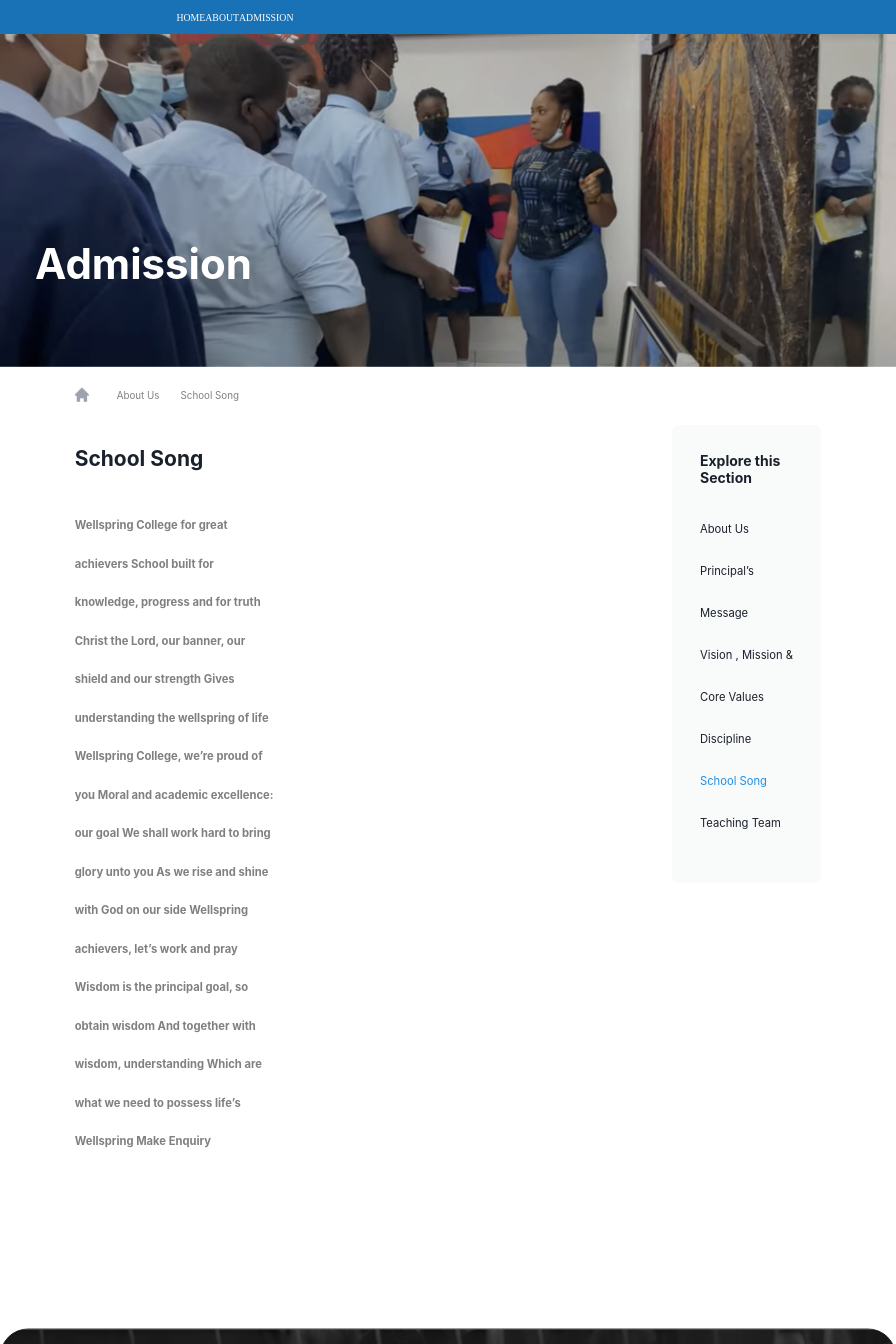
Repository: gr8skills/wellspring-school-forked
Page: /admission
An editor plug-in stored every save of this project. The page is shown before and after the next save, followed by the edit.
The browser window is 1280 px wide. The pictures show the part of the page from y = 0 to 1920 px (the page is 2784 px tall), at 70% of full size.
The project was rebuilt for these pictures with package versions that can differ from the ones it lists, and the page was loaded fresh each time. Also part of the build but not shown: src/components/Navbar/Dropdown.scss, src/components/Navbar/Dropdown.js, src/components/Testimonials/Testimonials.js, src/components/Calendar/Calendar.js, src/components/News/News.js, src/components/WhyWellspring/_why-wellspring.scss, src/components/WhyWellspring/WhyWellspring.js, src/components/AppTab/AppTab.js and 9 more.

Above is the page before, as saved 2022-12-06 17:30:15.

### src/index.css
body {
  /* margin: 0;
  font-family: -apple-system, BlinkMacSystemFont, 'Segoe UI', 'Roboto', 'Oxygen',
    'Ubuntu', 'Cantarell', 'Fira Sans', 'Droid Sans', 'Helvetica Neue',
    sans-serif;
  -webkit-font-smoothing: antialiased;
  -moz-osx-font-smoothing: grayscale; */
}

/* code {
  font-family: source-code-pro, Menlo, Monaco, Consolas, 'Courier New',
    monospace;
} */

### src/App.css
body{
}

.App {
  text-align: center;
    background-color:black;

}

.App-logo {
  height: 40vmin;
  pointer-events: none;
}

@media (prefers-reduced-motion: no-preference) {
  .App-logo {
    animation: App-logo-spin infinite 20s linear;
  }
}


@keyframes App-logo-spin {
  from {
    transform: rotate(0deg);
  }
  to {
    transform: rotate(360deg);
  }
}

### src/pages/Admission/Admission.js
import Banner from "../../assets/admission.png";
import Home from "../../assets/home.png";
import VideoIcon from "../../assets/vid.png";

import Dot from "../../assets/yellow.png";
import { Heading } from "@chakra-ui/react";
import { Link } from "react-router-dom";

import "./_admission.scss";
import { StayConnected } from "../../components/StayConnected/StayConnected";
export const Admission = () => {
  return (
    <>
      <div className="col-md-12 holder">
        <img className="col-md-12 imgCaro" src={Banner} alt="Scholar" />
        <div className="overlay">

          <Heading size="3xl">Admission</Heading>
        </div>
      </div>
      <div className="flexy breadcrumb">
        <div className="col-md-1">&nbsp;</div>
        <a href="#">
          <img className="col-md-12 home-icon" src={Home} alt="Scholar" />
        </a>
        <p>About Us</p>
        <p>School Song</p>
      </div>
      <div className="col-md-12 flexy school-song">
        <div className="col-md-1">&nbsp;</div>
        <div className="page-body col-md-8 ">
          <div className="col-md-4">
            <Heading size="lg" mb="50px" mt="30px">
              School Song
            </Heading>
            <p style={{ lineHeight: "55px" }}>
              Wellspring College for great achievers School built for knowledge,
              progress and for truth Christ the Lord, our banner, our shield and
              our strength Gives understanding the wellspring of life Wellspring
              College, we’re proud of you Moral and academic excellence: our
              goal We shall work hard to bring glory unto you As we rise and
              shine with God on our side Wellspring achievers, let’s work and
              pray Wisdom is the principal goal, so obtain wisdom And together
              with wisdom, understanding Which are what we need to possess
              life’s Wellspring Make Enquiry
            </p>
          </div>
        </div>
        <div className="col-md-2 side-menu">
          <Heading size="md" mb="30px">
            Explore this Section
          </Heading>

          <ul className="list-unstyled">
            <li>
              <Link to={"/about-us"}>About Us</Link>
            </li>
            <li>
              <Link to={"/proprietor-message"}> Principal’s Message</Link>
            </li>
            <li>
              <Link to={"/vision"}>Vision , Mission & Core Values</Link>
            </li>
            <li>
              <Link to={"/discipline"}>Discipline</Link>
            </li>{" "}
            <li className="active">
              <Link to={"/school-song"}>School Song</Link>
            </li>{" "}
            <li>
              <Link to={"/teaching-team"}>Teaching Team</Link>
            </li>
          </ul>
        </div>
      </div>

      <StayConnected />
    </>
  );
};

### src/components/Navbar/NavBar.module.css


.navCont{
    position: relative;
    /* display: flex; */
    width:25%;
    /* justify-content: space-between; */
    /* margin: 0 auto; */
    /* max-height: 5rem; */
    padding-left:220px;

}

.nav-links{
    font-size:10px !important;
}


.imgCont{
    position: relative;
}

/* .imgContent{
    position: absolute;
    z-index: 1;
    height: 6vw;

} */

/* .btnPortal{
    background-color: #4CA14900;
    color: #fff;
    height: 2.5rem;
    width: 7rem;
    font-size: 18px;
    border-radius: 5px;
    position: relative;
    outline: 0;
    border: 0;
    transition: 1.5s scale linear;
} */

/* .btnPortal:focus{
    outline: 0;
    border: 0;
} */

/* .btnPortal:hover{
    transform: scale(1.02);
    background-color: #4CA149CF;
} */

/* .fIcon{
    width: 30px;
    height: 30px;
    padding: 5px 5px;
    transform: translate(-6px, -1px);
} */

/* @media screen and (max-width: 960px) {
    .navCont{
        position: relative;
        display: flex;
        width: 100%;
        justify-content: space-between;
        margin: 0 auto;
        max-height: 5rem;

    }

    .imgContent{
        position: absolute;
        z-index: 1;
        height: 16vw;

    }

}


 */

### src/components/Navbar/_navbar.scss
@import "../../variables";





.navContainer{
    background:$themecolor;
    min-height: 3rem;
    position: fixed;
    z-index: 1;
    right: 0;
    width: 100%;
    top: 0;
    @media screen and (max-width:620px){
        display:none;
    }
}


.nav-list{
    display: flex;
    max-width: 70%;
    width: 70%;
    justify-content: space-between;
    list-style: none;
    color: #fff;
    font-family: monserat;
    transform: translateY(54%);
    margin: 0 !important;
}

.nav-list li{
    line-height: 25px;
    text-align: center;
    margin: 0;
    font-size: 14px;

}

/* .nav-list li a{
    color: #fff;
} */


.nav-item {
    height: auto;
    justify-content: center;
    display: flex;
}

.menu-icon{
    display: none;
}




.nav-links {
    color: #fff;
    display: flex;
    align-items: center;
    text-decoration: none;
    height: 100%;
    transition: all 0.2s ease-out;

}

.nav-links:hover {
    background-color: #fff;
    text-decoration: none;
    // padding:5px;
    color:$themecolor;
}


@media screen and (max-width: 600px) {
    .ph{
        display: none;
    }

@media screen and (max-width: 960px) {
    .nav-list{
        display: none;
    }
}

    .menu-icon{
        display: block;
    }

    .nav-list{
        display: flex;
        flex-direction: column;
        position: absolute;
        height: 42rem;
        width: 100%;
        max-width: 100% !important;
        top: 48px;
        transform: translateY(4%);
        /* z-index: 999; */
        opacity: 1;
        right: -100%;
        transition: all .5s linear;
    background-color: #4CA149;

    }
.mainMenu li a{
    line-height:20px !important;

}
    .nav-list.active{
        transition: all 0.3s ease-out;
        visibility: visible;
        transition: all .5s linear;
        right: 0;
        /* z-index: 1; */
    }

    .nav-list.active li {
        font-size: 4vw;
        position: relative;
        margin: 30px 0;
    }


    .fa-times{
        position: relative;
        float: right;
        width: 100%;
    }

    .fa-times, .fa-bars{
        font-size: 40px;
        color: #feed00;
        transition: all 1.5ms linear;
        transform: translate(-29px, 17px);

    }
.nav-links{
    display:none;
}
}




@media screen and (min-width: 960px) {
    .wrapper{
        display:none;
    }
}



/*for sidenav*/




.ph:hover{
    background-color:rgb(255, 165, 0) !important;
    opacity:1 !important
}
.wrapper{
    position: absolute;
    top: 50%;
    left: 50%;
    transform: translate(-50%, -50%);

}
.mainMenu{
    width: 250px;
    display: block;
    border-radius: 10px;
    overflow: hidden;
}
.mainMenu a{
  font-size:20px !important;
  font-weight:bold !important;
      font-family: monserat;
      /* margin-bottom:-20px; */
}
.item{
    border-top: 1px solid orange;
    overflow: hidden;
margin: top 0;
line-height: 20px !important;
}
.btn{
    display: block;
    padding: 15px 20px;
    color: #fff;
    position: relative;
    padding-left:5px !important;
    /* text-align:left !important; */

}
.btn:before{
    content: '';
    position: absolute;
    width: 0;
    height: 0;
    border-left: 8px solid transparent;
    border-right:8px solid transparent;
    /* border-top:10px solid rgba(0,128,0,0.9); */
    right: 15px;
    bottom: -10px;
    z-index: 9;

}
.btn i {
    margin-right: 7px;
    margin-left: -5px;
    font-size: 13px;
}
.subMenu{
    /* background:#A3DA8D !important; */
      overflow: hidden;
        /* background:rgba(78,161,73, 0.1)!important; */
        background:rgba(178,161,173, 0.1)!important;

    transition: max-height 0.7s;
max-height: 0;
z-index:300000000 !important;
position:relative !important;

}
.subMenu a{
    display: block;
    /* padding: 5px 10px !important; */
    color: #fff !important;
    font-size: 14px !important;
    border-bottom: 1px solid #394c7f;
    position: relative;
    margin-top:5px !important;


}
.subMenu a:before{
    content: '';
    opacity: 0;
    transition: opacity 0.3s;

}
.subMenu a:hover:before{
    content: '';
    position: absolute;
    height: 0;
    width: 6px;
    left: 0;
    top:0;
    opacity: 1;
    /* background-color: #d8d824; */
    border-top: 24px solid transparent;
    border-left: 11px solid #ffffff;
    border-bottom: 24px solid transparent;
}
.subMenu a:after{
    content: '';
    opacity: 0;
    transition: opacity 0.3s;

}
.subMenu a:hover:after{
    content: '';
    position: absolute;
    height: 0;
    width: 6px;
    right: 0px;
    top:0;
    opacity: 1;
    /* background-color: #d8d824; */
    border-top: 24px solid transparent;
    border-right: 11px solid #ffffff;
    border-bottom: 24px solid transparent;
}
.subMenu a:hover{
   background-color:orange;
    transition: all 0.3s;
    border-bottom: 2px solid #394c7f;
}
.subMenu a:last-child{
    border:none;
}
.item:target .subMenu{
    max-height: 300px;
        /* transition: max-height 0.7s !important; */

}

.login{
  background-color:#ED2f59;
  padding:5px 14px 5px 14px !important;
  border-radius:5px;
margin-right:55px;
margin-left:30px;
font-family: 'Poppins', sans-serif;

  }



.portal{
  background-color:rgb(221, 156, 35);
  /* padding:7px; */
  width:120px;
  margin-left:50px;
  border-radius:5px;
 padding:7px !important;
 font-size:5px !important;
 color:white !important;
    /* padding-bottom:6px !important; */
  margin-top:20px !important;
   font-size:11px !important;
      text-decoration: none;

  }

  .portal a{

  }

### src/components/Footer/_footer.scss
@import "../../shared-styles";
@import "../../variables";



.footer-container{
    padding:50px;
    height:fit-content;
    background-color:#F5F5F6;
    ul li{
        margin:20px;
    }
    .footer-contacts{
        img{width:30px; margin-right:20px}
        h1{margin-top:20px;
        font-size:15px;}
    }
    .footer-links{
        p{margin-top:30px;
        font-size:14px;
    color:grey;
font-weight:bold;
margin-bottom:20px;}
    }
    ol li{
       width:33px;
       img{
        width:25px !important;
        margin-top:20px;
       }
    }
    .educare{
        margin-top:20px;
        p{font-size:12px;
        color:grey;
    margin-top:10px;
margin-right:5px;}
            img{width:100px;}

    }
}

### src/pages/AboutUs/_about-us.scss
@import "../../shared-styles";
@import "../../variables";


.holder2 {
  position: relative;
  img{border-radius: 10px;}
    // background-image: url("../../assets/orange-arrow2.png");
  // background-repeat: no-repeat;
  // background-size: 60px;
  // background-position: 50% 50%;
  // position: relative;
  // z-index:10000000;
  // display:none;

}

/* Make the image to responsive */
.image {
  display: block;
  width: 100%;
  height: auto;
}

/* The overlay effect - lays on top of the container and over the image */
.overlay2 {
  position: absolute;
 bottom:134px;
  color: #f1f1f1;
  width: 60%;
  opacity:1;
  color: white;
  font-size: 27px !important;
  // padding: 40px ;
  text-align:center !important;left:10%;
  @media screen and (max-width:620px){
    left:16%;
     font-size: 30px !important;
  }



}
@media screen and (max-width:620px){
  .link-imgs{
    padding:20px;
  }
  .holder2{
        margin-top:20px;

  }.holder-up{
        margin-top:-70px;

  }
}

### src/pages/ProprietorMessage/_message.scss
@import "../../shared-styles";
@import "../../variables";


.message{
  span{color:$themecolor2;}
  strong{font-size:20px;
  color:rgb(98, 97, 97);}
  .message-paragraph{margin-left: 30px; margin-top: 98px;
  @media screen and (max-width:620px){
    margin-left: 0px;
  }
  }
  img{border-radius:10px;}
}

### src/pages/Vision/_vision.scss
@import "../../shared-styles";
@import "../../variables";


.vision{
  img{
    height:10px;
    width:10px;
    margin:17px 10px;
  }
  ul li{
   line-height:45px;
  }
  ul{
    margin-right:50px;
       margin-bottom:40px;

  }
}

### src/pages/Discipline/_discipline.scss
@import "../../shared-styles";
@import "../../variables";


.discipline{
 p{margin-bottom:140px;}
}

### src/pages/SchoolSong/_school-song.scss
@import "../../shared-styles";
@import "../../variables";


.school-song{
 p{margin-bottom:140px;
line-height: 55px;}
}

### src/pages/TeachingTeam/_teaching-team.scss
@import "../../shared-styles";
@import "../../variables";


.school-song{
 p{margin-bottom:140px;
line-height: 55px;}
}

### src/pages/Admission/_admission.scss
@import "../../shared-styles";
@import "../../variables";


.school-song{
 p{margin-bottom:140px;
line-height: 55px;}
}

### src/_variables.scss
$themecolor:#1972B6;
$themecolor2:rgb(32,143,228);

### src/components/Testimonials/_testimonials.scss
@import "../../variables";
@import "../../shared-styles";




.testimonial{
    margin-top:100px;
    small{
font-weight:bold;}
.testimonial-massage{
 margin-top:80px;

    margin-left:60px;
    p{line-height:35px;
    margin-top:40px;
    }

}
strong{font-size:20px;
background-color:$themecolor2;
color:white;
padding:2px 7px;
margin-left: 10px;
border-radius:3px}
}
 .carousel {
    position: relative;
    z-index: 0;

}
.carousel-inner {
    position: relative;
    width: 100%;
    overflow: hidden;
          border-radius:20px !important;;

}

.carousel-indicators > button.active {
    opacity: 1;
    max-width: 14px !important;
    max-height:14px  !important;
    min-width: 14px !important;
    min-height:14px  !important;
    background-color: green !important;
    border-color: #fff !important;
    outline: none;
    border: none;
    border-radius: 7px !important;

}

.carousel-indicators button{
    max-width: 14px !important;
    max-height: 14px !important;
    min-width: 14px !important;
    min-height: 14px !important;
    margin: 3px 5px !important;
    border-radius: 7px !important;
    background-color: red!important;
    border: 1px solid #fff !important;
    transition: all .5s linear ;

}

.carousel-indicators button:focus{
        outline:0;
        border-color: #4287BD;
}
.carousel-indicators  {
    position: absolute;
    right: 0;
    bottom: 10px;
    left: 0;
    z-index: 15;
    display: flex;
    flex-direction: row;
    height: 100%;
    justify-content: center;
    padding-left: 0;
    margin-right: 0;
    margin-left: 1vw;
    list-style: none;
    outline: none;
    border: none;
}

.carousel-control-next {
 left: 9vw;
     transform: rotate(180deg);
    position: absolute;
    margin-top: 35% !important;
    justify-content: right !important;
    height: 10px;
    width: 18px !important;
    font-size: 50px;

}
.carousel-control-prev {
    left: 1.5vw;
    transform: rotate(180deg) !important;
    position: absolute;
    margin-top: 35% !important;
    justify-content: right !important;
    height: 10px;
    font-size: 50px;
    width: 20px !important;

}
.carousel-control-prev::after{
    content: url('../../assets/arrow-right.png');

    z-index: 10000000000;
    margin-right: 70px;
    width: 20px;
    height: 80px;
}
.carousel-control-next::after{
    content: url('../../assets/arrow-left.png');
    font-size: 54px;
    z-index: 1000000000000000000000000000;
    position:relative;
    right: 0 !important;
    width: 20px;
    height: 80px;

}

### src/_shared-styles.scss
@import "./variables";


@media screen and (max-width:620px){
    .flexyM{
        display:flex;
    }
    .side-menu{
        display:none !important;
    }
    .page-body{padding:20px;}
}
@media screen and (min-width:620px){
    .flexy{
        display:flex;
    }
    .spread{
        display:flex;
    }
}

.side-menu{
    height:fit-content;
    padding:40px;
    background-color:#F9FAFA;
    border-radius: 10px;
    ul li{
        line-height:60px;
       &:hover{
        color:$themecolor2 !important;
       }
    }
   .active{color:$themecolor2 !important;}
}



* {box-sizing: border-box}

/* Container needed to position the overlay. Adjust the width as needed */
.holder {
  position: relative;
  width: 100%;
}

/* Make the image to responsive */
.image {
  display: block;
  width: 100%;
  height: auto;
}

/* The overlay effect - lays on top of the container and over the image */
.overlay {
  position: absolute;
  bottom: 60px;

  color: #f1f1f1;
  width: 100%;
  opacity:1;
  color: white;
  font-size: 20px;
  padding: 50px;
  text-align:left;
}

.home-icon{
    height:20px;
    width:20px;
    margin-right:40px;
}
.breadcrumb{
margin-top:30px;
p{color:grey; font-size:14px; margin-right:30px}
}
.page-body{
  p{font-weight:700;
  color:grey;
line-height:35px}
}

### src/components/AppButton/_app-button.scss
@import "../../shared-styles";
@import "./overides";
@import "../../variables";

.app-button{
    background-color:$themecolor2;
    color:white;
    padding:10px 45px;
    font-weight:bold;
    border-radius:10px;
}

### src/components/Calendar/_calendar.scss
@import "../../shared-styles";
@import "../../variables";



.calendar-container{
            text-align:center;
border-right:solid 1px rgb(202, 200, 200);
    .calendar-box{
background-color:$themecolor2;
height:100px;
width:110px;
border-radius: 10px;
color:#fff;
    text-align: center;
    padding:10px 0;
margin-left:40px;
margin-bottom:30px;

    }
    p{
        color:grey;
        margin-top:20px;
    }
    .calendar-day{
        font-size:35px;
    }
    .calendar-description{
        font-size:20px;
        text-align:center;
    }
}

### src/components/News/_news.scss
@import "../../shared-styles";
@import "../../variables";
.news-container{
    .news-img{
     margin-bottom:40px;
     margin-top:40px;

    }
    img{
        width:100%;
        border-radius: 10px;


    }
    .news-description{
        margin-left:30px;
        h6{
            color:grey;margin-top:40px;
        }
        p{line-height: 35px;
        font-size:20px;
    }
    }
    .read-more-link{
        color:$themecolor;
        margin-top:50px;
    }
}

### src/components/AppTab/_app-tab.scss
@import "../../shared-styles";
@import "./overides";
@import "../../variables";

### src/components/Form/_form.scss
@import "../../shared-styles";
@import "../../variables";
@import "./overides";

### src/components/SearchBar/_search-bar.scss
.visually-hidden {
    clip: rect(0 0 0 0);
    clip-path: inset(50%);
    height: 1px;
    overflow: hidden;
    position: absolute;
    white-space: nowrap;
    width: 1px;
}

input{
    background-color: rgb(239, 243, 248) !important;
    padding:7px !important;
    margin-top:20px !important;border-radius: 5px !important;
}

### src/components/StayConnected/_stay-connected.scss

.connected{
    margin-top:100px;
 border:solid 1px black;
  background-image: url("../../assets/connected-bg.png");
  background-repeat: no-repeat;
  background-size: cover;
  padding: 40px 10px;
  color:white;
  border-radius:40px;
  // margin-right:30px;
  // margin-left:60px;
  text-align:center;
      .channel{
        background-color:white;
        color:black;
        padding:10px 20px;
        height:fit-content;
        border-radius: 15px;
        margin-top:40px;
      }
      img{width:70%;
    height:100%;
  border-radius:10px;
}
}

.socials{
    margin-top: 40px;
    padding-left: 40px;
    text-align:center !important;
    img{
        width:70px !important;
    }
    .linked{
        background-color:grey;
         width:100px !important;
        border-radius: 50%;
        padding:20px;
    }
}

### src/components/AppButton/_overides.scss
@import "../../variables";



.css-jut409{
    background-color:$themecolor;
    padding:100px !important;
}

### src/components/AppTab/_overides.scss
@import "../../variables";


.css-1uw5bnh{
//    box-shadow:0 0 10px 10px rgb(30,130,205);
   border:solid 10px rgb(30,130,205);
   border-radius:10px
}
.css-qycpmy{
    color:rgb(30,130,205);
    background:#fff;
    width:100%;
    border-right:solid 1px $themecolor2;
}

### src/components/Form/_overides.scss
.css-1kp110w{
    background-color:#fff !important;
    padding:30px !important;
    color:grey;
    margin-top:40px;
    border:none !important;
        box-shadow: 0 0 1px 1px #fff !important;

}

.css-1om0uuh {
      background-color:#fff !important;
    margin-top:40px;
    margin-bottom:20px;
    height:300px !important;
        box-shadow: 0 0 1px 1px #fff !important;

}

Loaded but not shown: public/index.html (common file); src/index.js (common file); src/reportWebVitals.js (common file); src/components/Navbar/Navbar.js (299 lines, source omitted); src/components/Footer/Footer.js (113 lines, source omitted); src/components/StayConnected/StayConnected.js (75 lines, source omitted); src/App.js (38 lines, source omitted); src/components/Navbar/MenuItems.js (31 lines, source omitted); src/components/SearchBar/SearchBar.js (15 lines, source omitted); src/components/AppButton/AppButton.js (9 lines, source omitted); src/pages/Home/_home.scss (321 lines, source omitted)

After the next save:
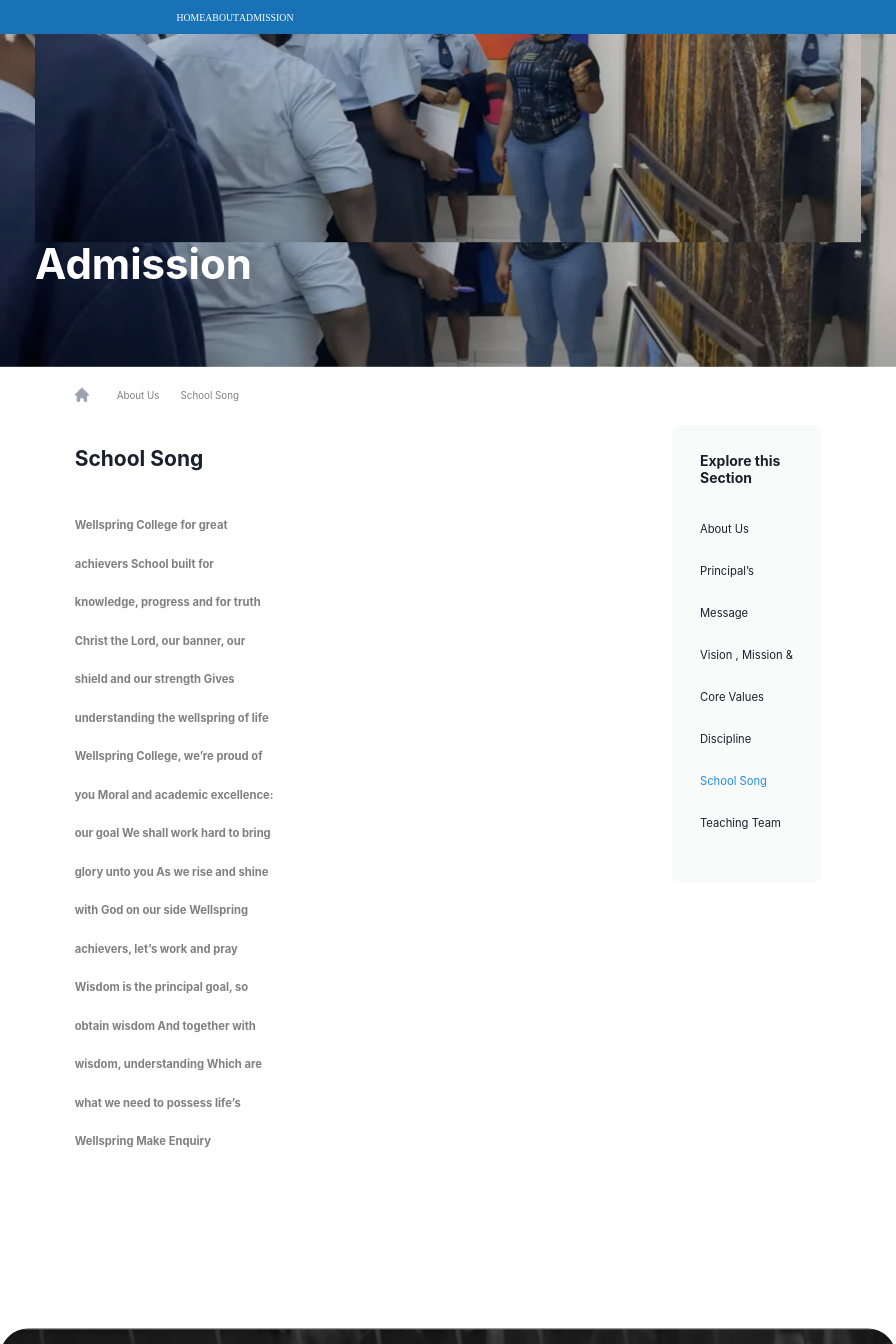
Saved 5 s later.
--- a/src/pages/Admission/Admission.js
+++ b/src/pages/Admission/Admission.js
@@ -14,6 +14,7 @@
       <div className="col-md-12 holder">
         <img className="col-md-12 imgCaro" src={Banner} alt="Scholar" />
         <div className="overlay">
+          <img className="col-md-12 imgCaro" src={Banner} alt="Scholar" />
 
           <Heading size="3xl">Admission</Heading>
         </div>
